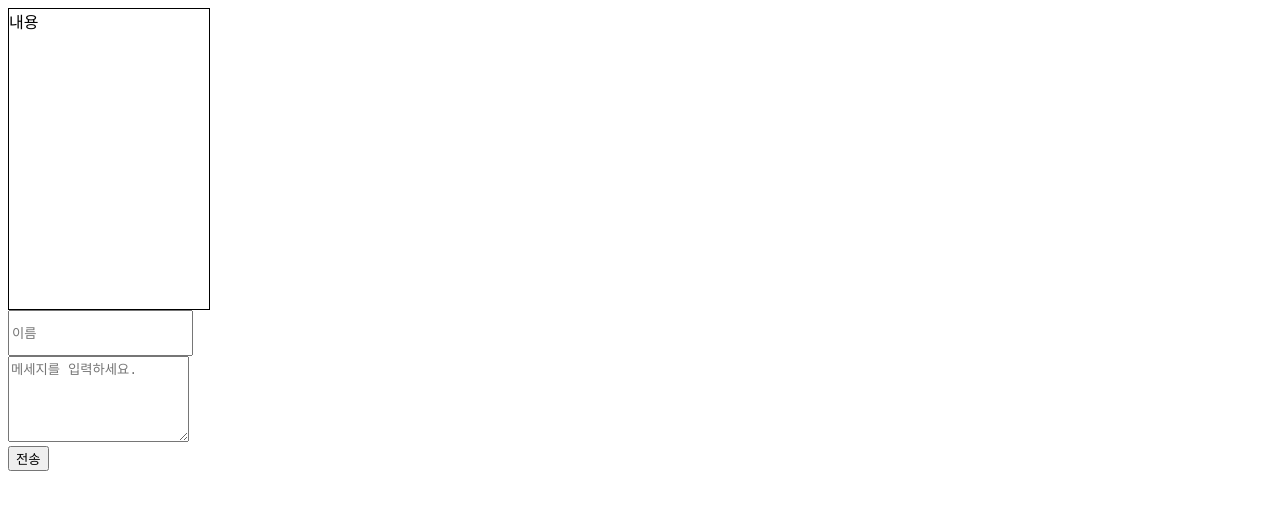
Repository: RyuJelly/211
Page: http://localhost/chat/chat.jsp
An editor plug-in stored every save of this project. The page is shown before and after the next save, followed by the edit.
The browser window is 1280 px wide. The pictures show the whole page.
The page is served by Tomcat 9.

Above is the page before, as saved 2021-04-12 03:29:38.

After the next save:
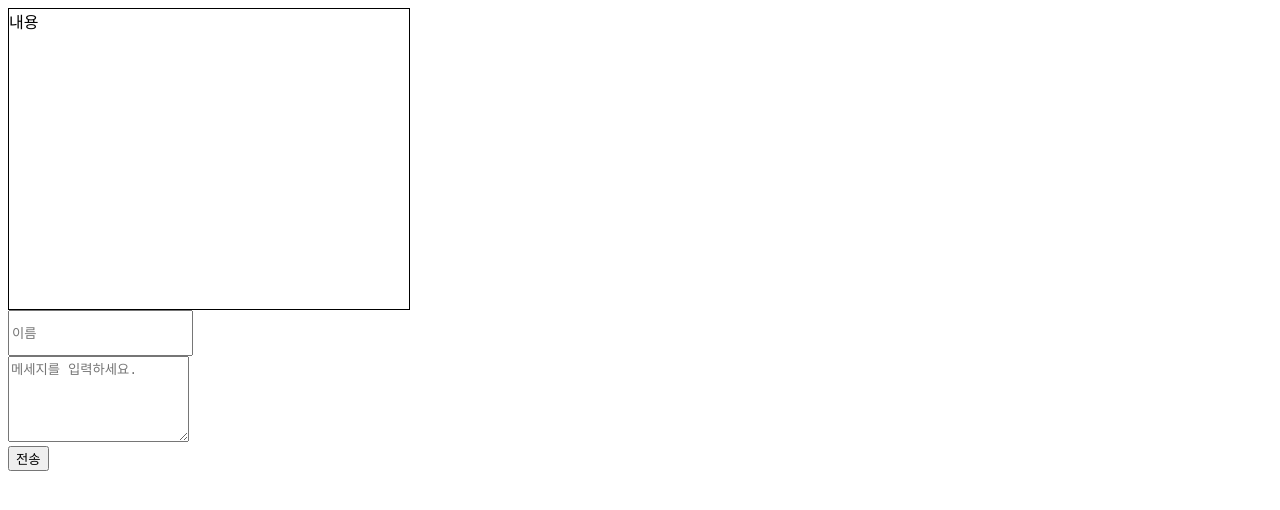
Saved 12 s later.
--- a/testChat/chat/WebContent/chat.jsp
+++ b/testChat/chat/WebContent/chat.jsp
@@ -8,7 +8,7 @@
 </head>
 <body>
 	<div class="container">
-		<div class="textLog" style="height: 300px; width: 200px; border: solid 1px;">내용</div>
+		<div class="textLog" style="height: 300px; width: 400px; border: solid 1px;">내용</div>
 		<div class="input">
 			<div>
 				<input style="height: 40px;" type="text" id="chatName"
